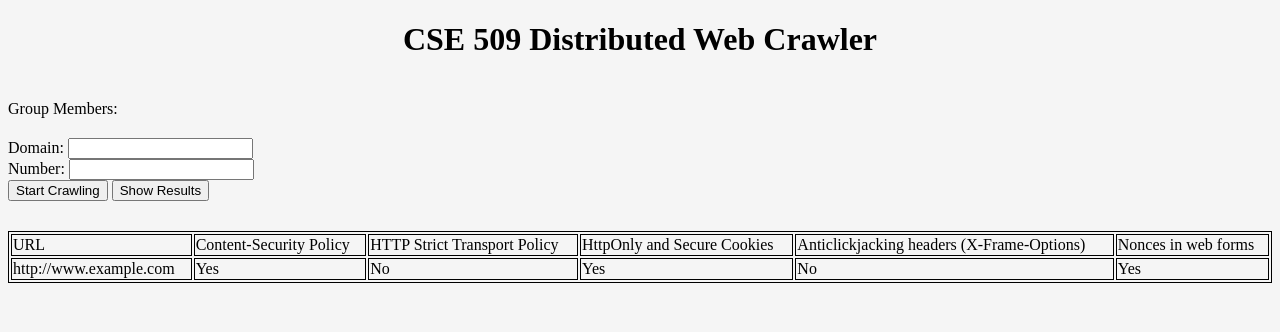
Repository: mfleish3/Crawler
Page: cse509/Crawling/WebContent/index.html
These files come from the project's save history. The page is drawn as it stood at one moment and after the next save; the edit follows.
The browser window is 1280 px wide. The pictures show the whole page.
Some web libraries are served in a nearby version.

Above is the page before, as saved 2015-11-07 22:42:55.

### cse509/Crawling/WebContent/index.html
<!DOCTYPE html>
<html>
	<head>
	  <title>Crawler Index Page</title>
	  <link rel="stylesheet" type="text/css" href="style/index.css">
	  <script type="text/javascript" src="http://code.jquery.com/jquery-1.8.3.min.js"></script>
	  <script src="scripts/index.js"></script>
	</head>
	<body>
		<div id="divProjectHeader">
			<h1 id="headerProject">CSE 509 Distributed Web Crawler</h1>
		</div>
	  <div>
	  	<div id="divGroup">
	  		<a>Group Members:</a>
	  		<a></a>
	  		<a></a>
	  		<a></a>
	  		<a></a>
	  		<a></a>
	  	</div>

	  	<div id="divInput">
	  		<div>
	  			<span>Domain:</span>
	  			<input id="domainName" type="text" name="name">
	  		</div>
	  		<div>
	  			<span>Number:</span>
	  			<input id="numberPages" type="text" name="number">
	  		</div>
	  	</div>

	  	<div id="btns">
	  		<button id="btnSubmit" type="button">Start Crawling</button>
	  		<button id="btnResults" type="button">Show Results</button>
	  	</div>

	  	<div id="showResults">

	  	</div>

		  <div id="divTableMain">
		  	<table id="tableMain">
			  <tr>
			    <td>URL</td>
			    <td>Content-Security Policy</td>
			    <td>HTTP Strict Transport Policy</td>
			    <td>HttpOnly and Secure Cookies</td>
			    <td>Anticlickjacking headers (X-Frame-Options)</td>
			    <td>Nonces in web forms</td>
			  </tr>
			  <tr>
			    <td>http://www.example.com</td>
			    <td>Yes</td>
			    <td>No</td>
			    <td>Yes</td>
			    <td>No</td>
			    <td>Yes</td>
			  </tr>
			</table>
		  </div>
	  </div>
	</body>
</html>

### cse509/Crawling/WebContent/style/index.css
body {
	background-color: #F5F5F5;
}

#divTableMain {
	padding-top: 20px;
}

#tableMain {
	width: 100%;
	border: 1px solid black;
}

td {
	border: 1px solid black;
}

#divGroup {
	padding-top: 20px;
}

#divInput {
	padding-top: 20px;
}

#divProjectHeader {
	text-align: center;
	width: 100%;
}

#showResults {
	padding-top: 10px;
}

#btns {
	paddint-top: 10px;
}

### cse509/Crawling/WebContent/scripts/index.js
$( document ).ready(function() {


	$('#btnResults').click(function(){
	    updateInput();
	});

});

function updateInput() {

	var name = document.getElementById('domainName').value;
	var number = document.getElementById('numberPages').value;

	$.ajax({
		  type: "POST",
		  url: "UserInput",
		  data: { domainName: name, numberPages: number },
		  success: function() {
			  alert("Success");
		  },
		  error: function() {
			  alert("error");
		  }
		});
}

After the next save:
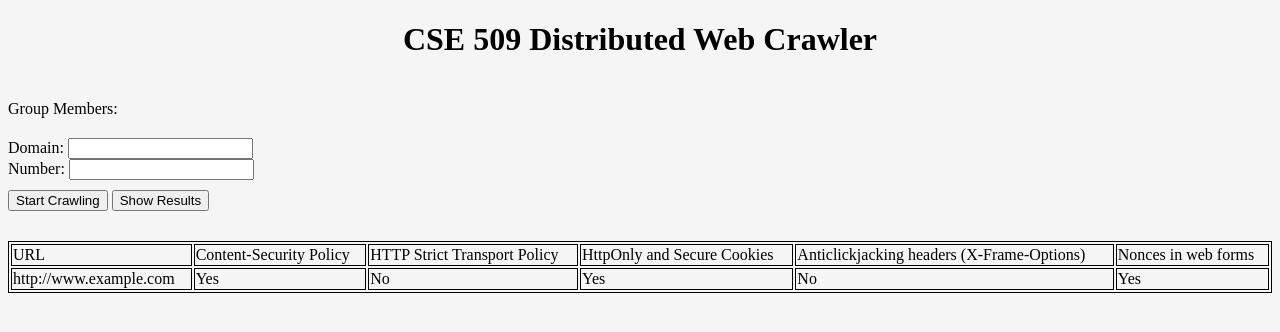
Saved 11 s later.
--- a/cse509/Crawling/WebContent/style/index.css
+++ b/cse509/Crawling/WebContent/style/index.css
@@ -33,5 +33,5 @@ td {
 }
 
 #btns {
-	paddint-top: 10px;
+	padding-top: 10px;
 }
